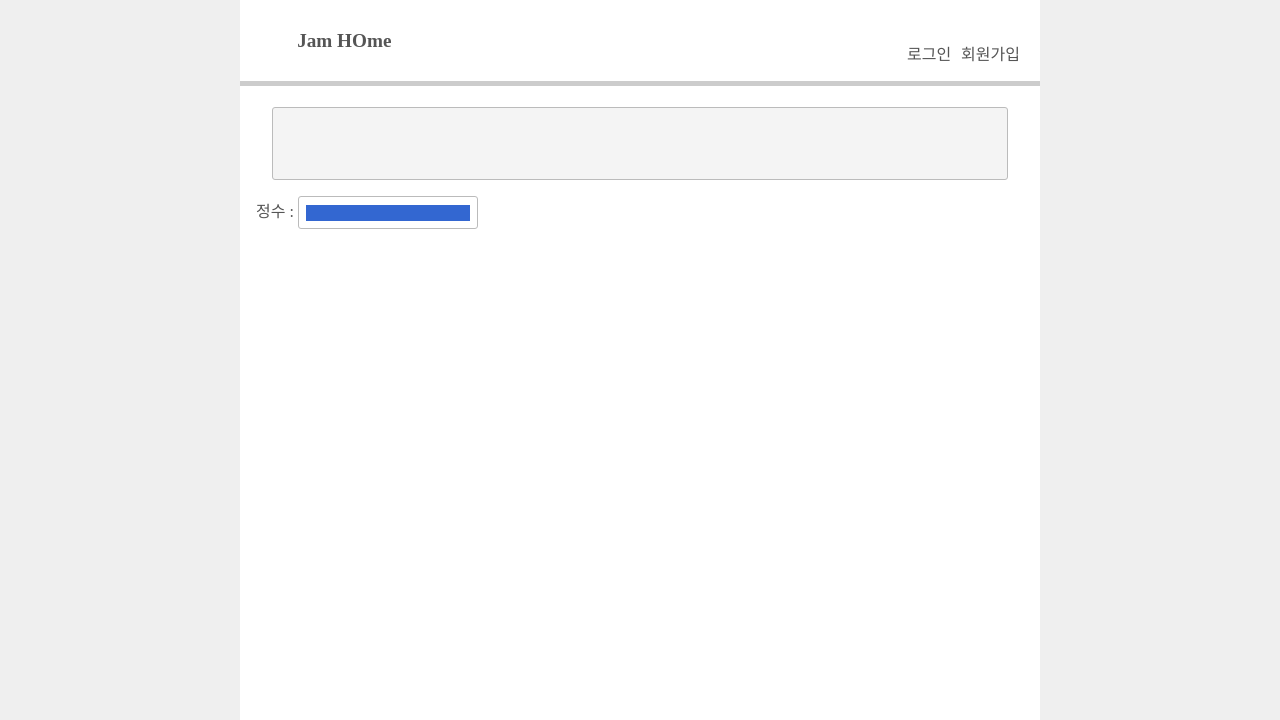
Repository: woals5636/JSPClass
Page: http://localhost/jspPro/days01/ex03_05.jsp
An editor plug-in stored every save of this project. The page is shown before and after the next save, followed by the edit.
The browser window is 1280 px wide. The pictures show the whole page.
Some web fonts or font styles are not loaded; a fallback is used. The page is served by Tomcat 9.

Above is the page before, as saved 2024-10-15 09:00:45.

After the next save:
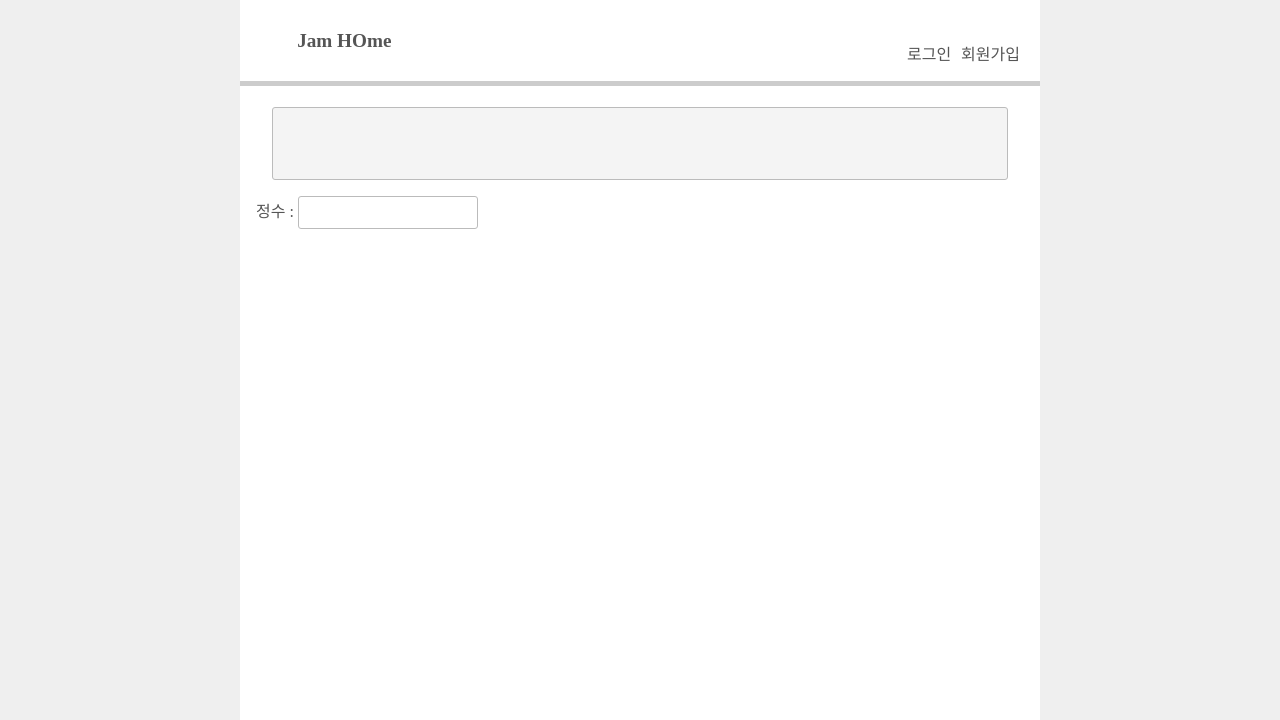
Console error: SyntaxError: missing ) after argument list
Saved 25 s later.
--- a/jspPro/src/main/webapp/days01/ex03_05.jsp
+++ b/jspPro/src/main/webapp/days01/ex03_05.jsp
@@ -66,13 +66,13 @@
 .css("text-align","center")
 .on({
 	"keydown":function(e){
-		 if ( !(e.which >= 48 && e.which <= 57
+	/* 	 if ( !(e.which >= 48 && e.which <= 57
 	              || e.which == 8
 	              || e.which == 13
 	              || e.which == 229
 	          )){
 			 alert("숫자만 입력하세요.");
-			 e.preventDefault();
+			 e.preventDefault(); */
 		 }
 	},
      "keyup":function (e){

After the save that followed:
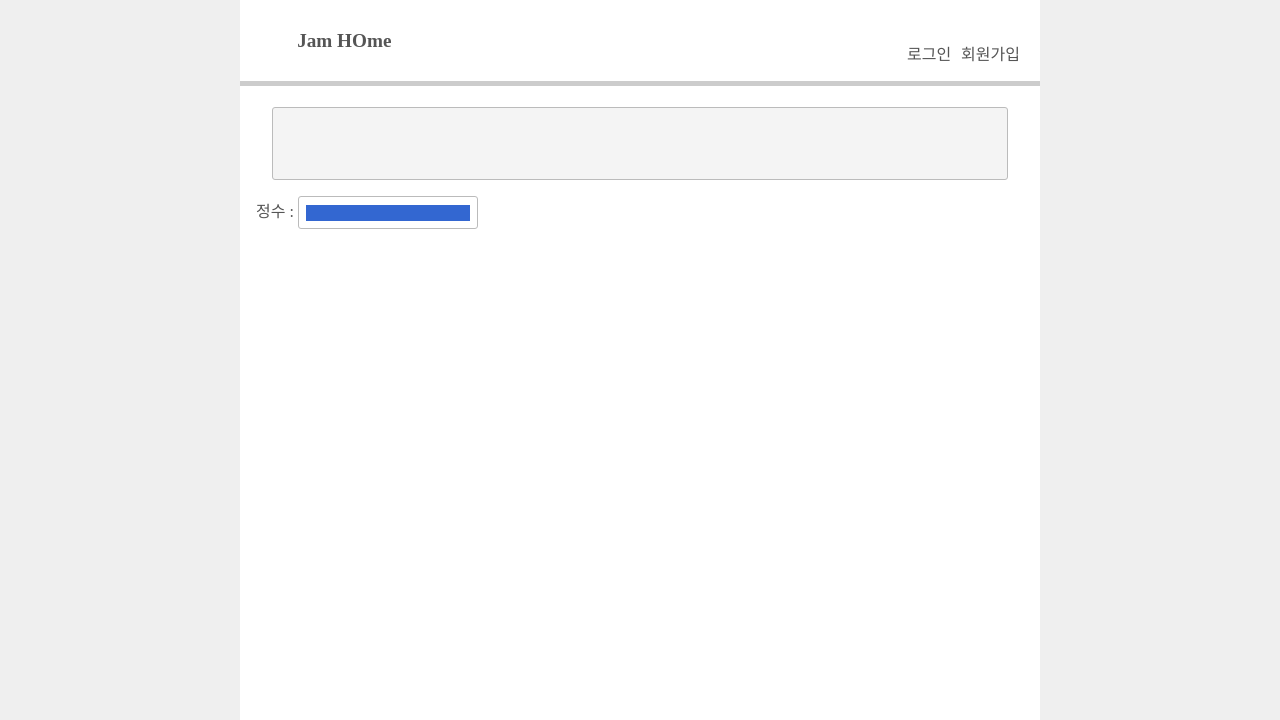
The error is gone.
Saved 20 s later.
--- a/jspPro/src/main/webapp/days01/ex03_05.jsp
+++ b/jspPro/src/main/webapp/days01/ex03_05.jsp
@@ -66,13 +66,13 @@
 .css("text-align","center")
 .on({
 	"keydown":function(e){
-	/* 	 if ( !(e.which >= 48 && e.which <= 57
+		 if ( !(e.which >= 48 && e.which <= 57
 	              || e.which == 8
 	              || e.which == 13
 	              || e.which == 229
 	          )){
 			 alert("숫자만 입력하세요.");
-			 e.preventDefault(); */
+			 e.preventDefault();
 		 }
 	},
      "keyup":function (e){
